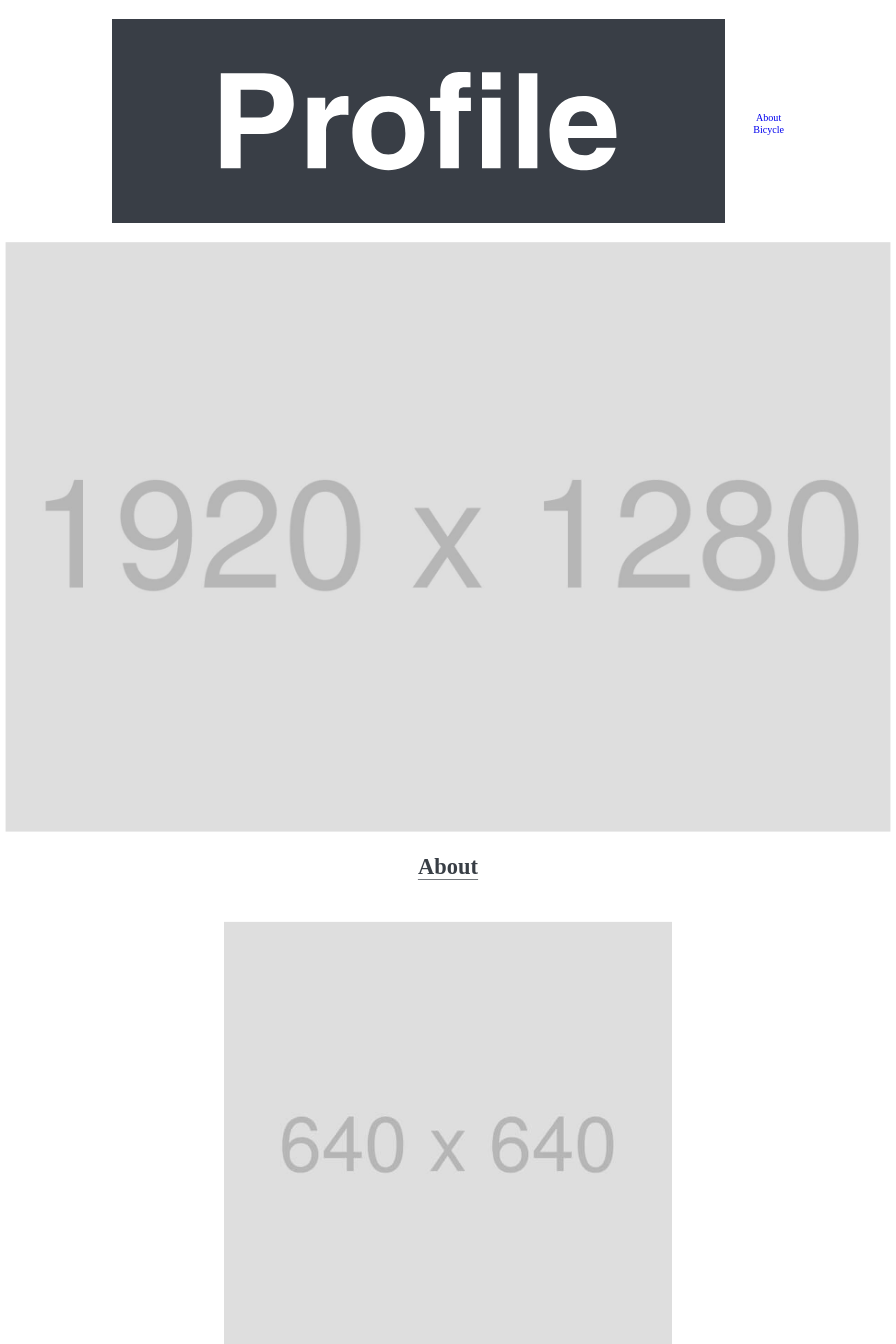
Repository: Fuki-san/bicycle
Page: http://localhost/profile
An editor plug-in stored every save of this project. The page is shown before and after a run of saves, followed by the edit.
The browser window is 1280 px wide. The pictures show the part of the page from y = 0 to 1920 px (the page is 4207 px tall before and 4195 px after), at 70% of full size.
The page is served by the project's Laravel application, run on PHP 8.4 with Laravel 10.

Above is the page before, as saved 2023-11-18 11:48:42.

After the next 2 saves:
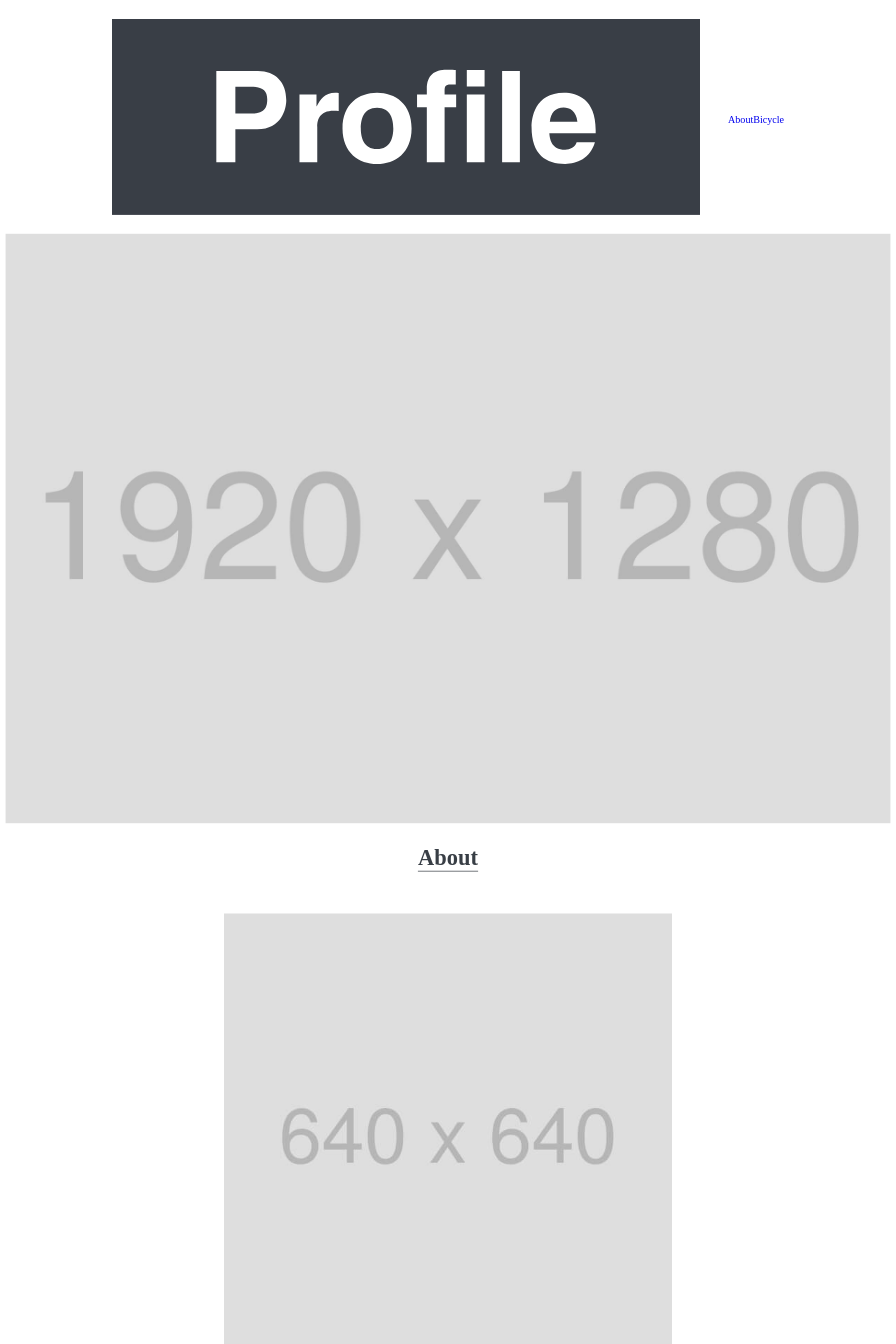
The 2 saves are shown as one change because they came seconds apart.
The last was saved 7 s later.
--- a/public/css/style.css
+++ b/public/css/style.css
@@ -55,5 +55,6 @@ a{
 }
 
 #header ul{
-
+    display: flex;
+    padding: ;
 }
